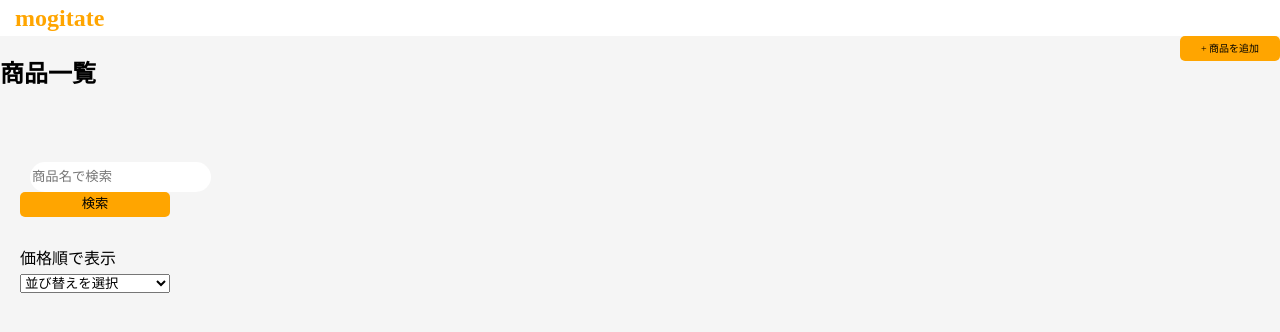
Repository: tokisiro/fruit-products
Page: http://localhost/products
These files come from the project's save history. The page is drawn as it stood at one moment and after a run of saves; the edit follows.
The browser window is 1280 px wide. The pictures show the whole page.
The page is served by the project's Laravel application, run on PHP 8.4 with Laravel 8. Queries for data that is not in the repository find no rows.

Above is the page before, as saved 2025-05-18 14:24:58.

After the next 3 saves:
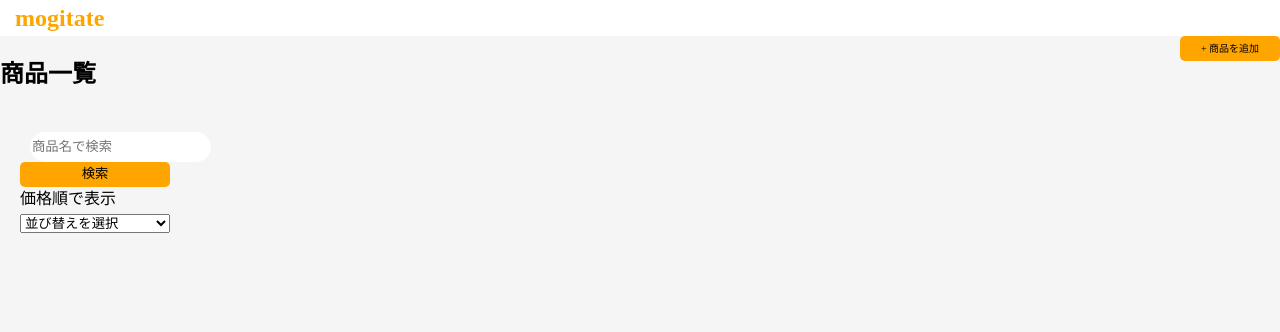
The 3 saves are shown as one change because they came seconds apart.
The last was saved 9 s later.
--- a/src/public/css/product.css
+++ b/src/public/css/product.css
@@ -54,8 +54,7 @@
 }
 
 .product-sidebar__search-form{
-    margin-top: 30px;
-
+    margin-top: 30 px;
 }
 
 .product-sidebar__search-form--text-item{

After the save that followed:
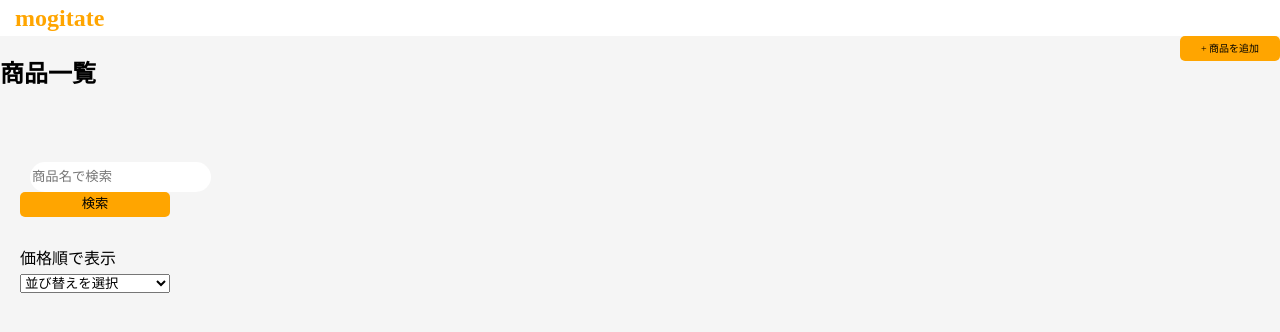
Saved 4 s later.
--- a/src/public/css/product.css
+++ b/src/public/css/product.css
@@ -54,7 +54,7 @@
 }
 
 .product-sidebar__search-form{
-    margin-top: 30 px;
+    margin-top: 30px;
 }
 
 .product-sidebar__search-form--text-item{
